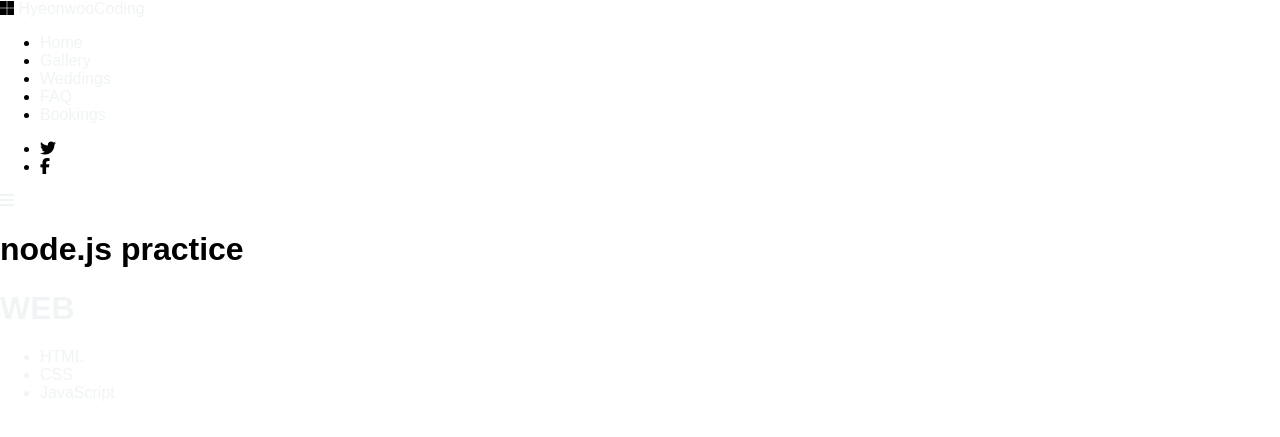
Repository: hhw12409/pracite-node.js
Page: http://localhost/
These files come from the project's save history. The page is drawn as it stood at one moment and after the next save; the edit follows.
The browser window is 1280 px wide. The pictures show the whole page.
Some web fonts or font styles are not loaded; a fallback is used. Some web libraries are served in a nearby version. The page is served by the project's Node server (server.js).

Above is the page before, as saved 2022-04-30 10:06:47.
Not found: main.js

After the next save:
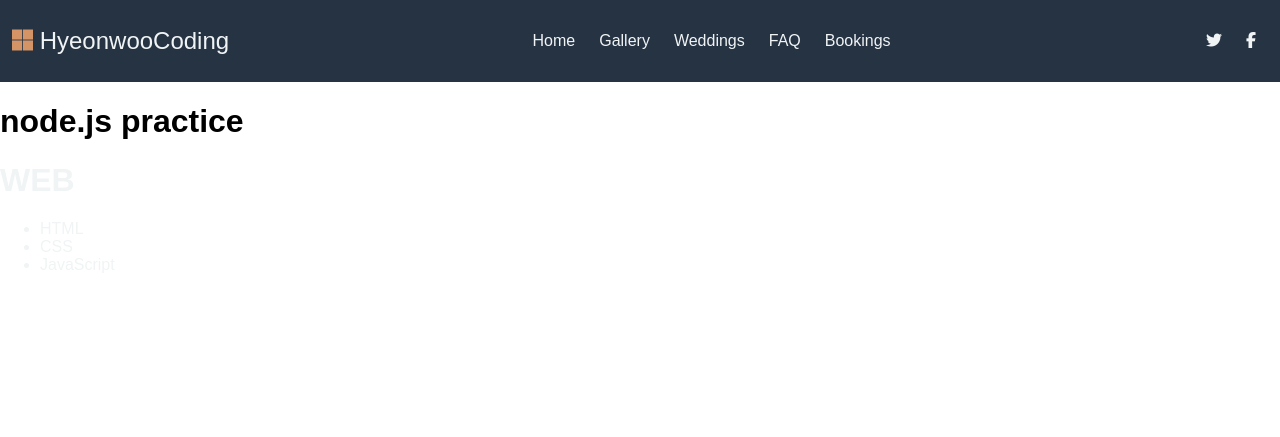
Saved 10 s later.
--- a/public/css/styles.css
+++ b/public/css/styles.css
@@ -3,7 +3,7 @@
 @import "variables.css";
 
 /* Components */
-/* @import "components/nav-bar.css"; */
+@import "components/nav-bar.css";
 
 body{
   margin: 0;
